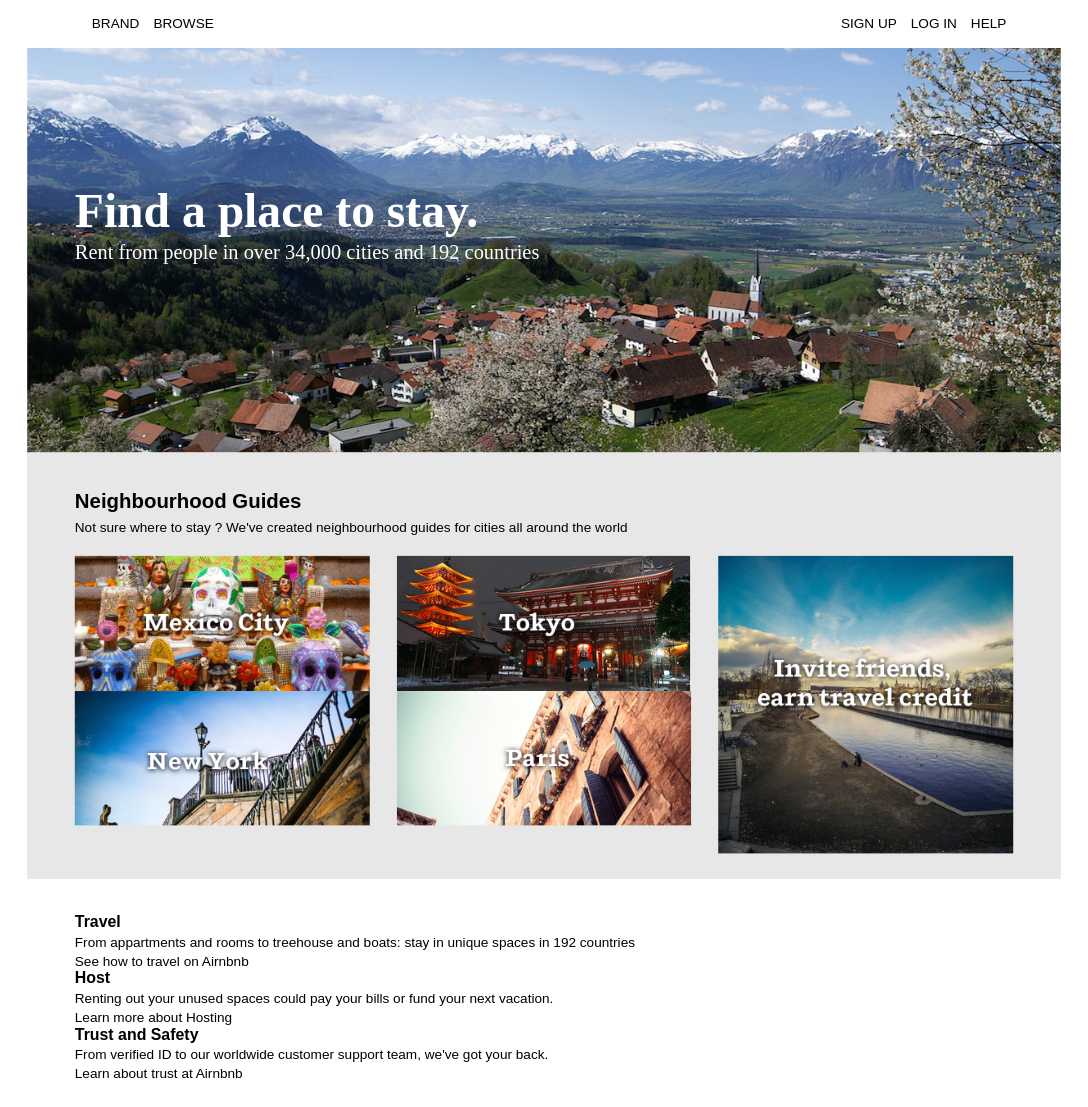
Repository: Naohonproject/web101x02_asm1
Page: Project2.html
An editor plug-in stored every save of this project. The page is shown before and after the next save, followed by the edit.
The browser window is 1280 px wide. The pictures show the whole page, at 85% of full size.

Above is the page before, as saved 2022-01-15 22:28:05.

### Project2.html
<!-- @format -->

<!DOCTYPE html>
<html lang="en">
	<head>
		<meta charset="UTF-8" />
		<meta http-equiv="X-UA-Compatible" content="IE=edge" />
		<meta name="viewport" content="width=device-width, initial-scale=1.0" />
		<link rel="stylesheet" href="./assets/css/style.css" />
		<link rel="stylesheet" href="./assets/css/responsive.css" />
		<title>Homepage</title>
	</head>
	<body>
		<div id="header">
			<div class="header-wrapper">
				<div class="nav-bar">
					<ul class="left-nav pull-left">
						<li>Brand</li>
						<li>Browse</li>
					</ul>
					<ul class="right-nav pull-right">
						<li><a href="Signup.html">Sign Up</a></li>
						<li><a href="login.html" target="_blank">Log In</a></li>
						<li>Help</li>
					</ul>
				</div>
			</div>
		</div>

		<div id="banner">
			<div class="banner-wrapper">
				<div class="banner-text-content">
					<div class="content-heading">
						<h1 class="white-text">Find a place to stay.</h1>
					</div>
					<div class="content-desc">
						<p class="white-text">
							Rent from people in over 34,000 cities and 192 countries
						</p>
					</div>
				</div>
			</div>
		</div>

		<div id="content">
			<div class="content-wrapper box-padding">
				<div class="content-heading">
					<h2>Neighbourhood Guides</h2>
					<p>
						Not sure where to stay ? We've created neighbourhood guides for
						cities all around the world
					</p>
				</div>
				<div class="content-images-table">
					<div class="image-block">
						<img
							class="first-image"
							src="./assets/img/web101x-Mexico City.png"
							alt="Mexico City"
							width="360"
						/>
						<img
							src="./assets/img/web101x-New York.png"
							alt="New York City"
							width="360"
						/>
					</div>
					<div class="image-block">
						<img
							class="first-image"
							src="./assets/img/web101x-Tokyo.png"
							alt="Tokyo City"
							width="360"
						/>
						<img
							src="./assets/img/web101x-Paris.png"
							alt="Paris City"
							width="360"
						/>
					</div>
					<div class="image-block">
						<img
							src="./assets/img/web101x-Invitation.png"
							alt="Invitation image"
							width="360"
						/>
					</div>
				</div>
				<div class="clear"></div>
			</div>
		</div>

		<div id="footer">
			<div class="footer-wrapper box-padding">
				<div class="footer-block">
					<h3>Travel</h3>
					<p>
						From appartments and rooms to treehouse and boats: stay in unique
						spaces in 192 countries
					</p>
					<a href="#">See how to travel on Airnbnb</a>
				</div>

				<div class="footer-blockr">
					<h3>Host</h3>
					<p>
						Renting out your unused spaces could pay your bills or fund your
						next vacation.
					</p>
					<a href="#">Learn more about Hosting</a>
				</div>

				<div class="footer-block">
					<h3>Trust and Safety</h3>
					<p>
						From verified ID to our worldwide customer support team, we've got
						your back.
					</p>
					<a href="#">Learn about trust at Airnbnb</a>
				</div>
			</div>
		</div>
	</body>
</html>

### assets/css/style.css
/** @format */

/* common */

/* reset css */
* {
	box-sizing: border-box;
	padding: 0;
	margin: 0;
	text-decoration: none;
	color: #000;
}

/* row style */
.row {
}
/* collumn style */
.col {
}

.col-haft {
}

.align-center {
}
/* Set text lineweight to Bold */
.bold-text {
}
.white-text {
	color: #fff !important;
}
.btn-hover {
}

.pull-left {
	float: left !important;
}

.pull-right {
	float: right !important;
}

.box-padding {
	padding: 40px 56px 30px;
}

.clear {
	clear: both;
}

/* specific */

html {
	font-family: Arial, Helvetica, sans-serif;
}

body {
	padding: 0 32px;
}
/* start styling header */
#header {
	height: 56px;
	width: 100%;
	background-color: #fff;
	background-clip: border-box;
	color: #000;
	font-size: 16px;
	text-transform: uppercase;
	font-weight: 500;
	position: fixed;
	top: 0;
	left: 0;
	z-index: 1;
	padding: 0 32px;
}

.header-wrapper {
	height: 100%;
	padding: 0 64px;
}

#header li {
	line-height: 56px;
}

#header li {
	display: inline-block;
	margin-left: 12px;
}
/* end styling header */

/* start styling banner */
#banner {
	width: 100%;
	margin-top: 56px;
	padding-top: 39.123607%;
	background: url(../img/banner/banner.png) top center / cover no-repeat;
	background-origin: border-box;
	position: relative;
	top: 0;
	left: 0;
}

.banner-text-content {
	position: absolute;
	top: 160px;
	left: 56px;
}

#banner .content-heading,
.content-desc {
	font-family: "Times New Roman", Times, serif;
}

#banner .content-heading {
	font-size: 28px;
}

#banner .content-desc {
	font-size: 24px;
}
/* end styling banner */

/* start styling content */
#content {
	background-color: #e7e7e7;
	width: 100%;
	background-clip: border-box;
}

#content .content-heading h2,
p {
	padding: 4px 0;
}

#content .content-heading {
	margin-bottom: 20px;
}
#content img {
	display: block;
}

#content .image-block {
	float: left;
	width: calc(100% / 3);
	padding: 0 16px;
}

#content .content-images-table {
	margin-left: -16px;
	margin-right: -16px;
}

.image-block .first-image {
	/* margin-bottom: 28px; */
}

#content img {
	width: 100%;
}
/* end styling content */

/* start styling footer */

/* end styling footer */

Loaded but not shown: assets/css/responsive.css (no stored copy; drawn as an empty file)

After the next save:
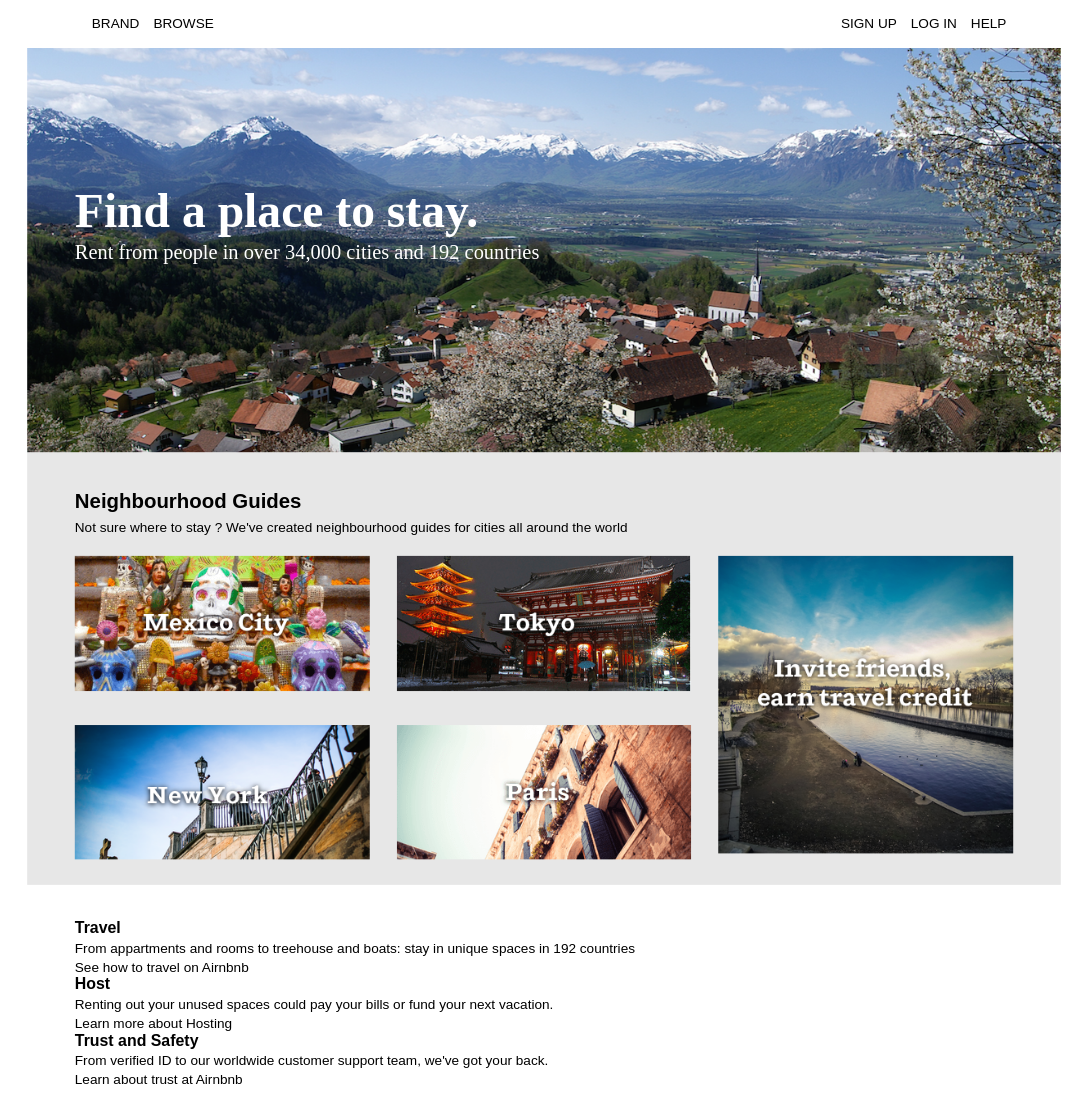
Saved 11 s later.
--- a/assets/css/style.css
+++ b/assets/css/style.css
@@ -152,7 +152,7 @@ p {
 }
 
 .image-block .first-image {
-	/* margin-bottom: 28px; */
+	margin-bottom: 40px;
 }
 
 #content img {
